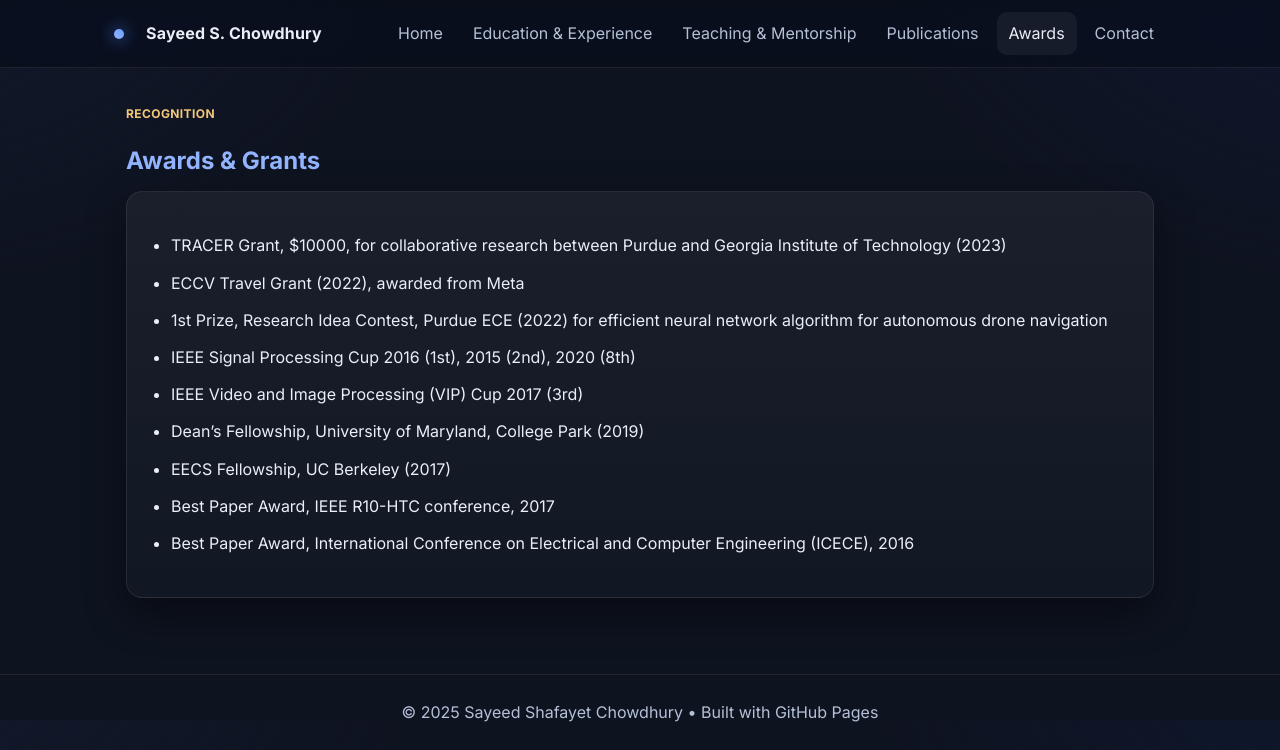
Repository: SayeedChowdhury/SayeedChowdhury.github.io
Page: awards.html
The author's editor kept a copy of each file at every save. The page is drawn from the files as they stood at one save, then again after the next save.
The browser window is 1280 px wide. The pictures show the whole page.

Above is the page before, as saved 2025-08-11 11:56:57.

### awards.html
<!doctype html>
<html lang="en">
<head>
  <meta charset="utf-8">
  <meta name="viewport" content="width=device-width, initial-scale=1">
  <title>Awards • Sayeed S. Chowdhury</title>
  <link rel="preconnect" href="https://fonts.googleapis.com">
  <link rel="preconnect" href="https://fonts.gstatic.com" crossorigin>
  <link href="https://fonts.googleapis.com/css2?family=Inter:wght@400;600;700&display=swap" rel="stylesheet">
  <link rel="stylesheet" href="assets/style.css">
</head>
<body>
<div class="nav">
  <div class="inner container">
    <div class="brand"><span class="dot"></span> <a href="index.html" style="text-decoration:none;color:inherit;">Sayeed S. Chowdhury</a></div>
    <div style="margin-left:auto; display:flex; gap:6px; flex-wrap:wrap">
      <a href="index.html" class="">Home</a>
      <a href="edu-exp.html" class="">Education & Experience</a>
      <a href="teaching.html" class="">Teaching & Mentorship</a>
      <!-- <a href="research.html" class="">Research</a> -->
      <a href="publications.html" class="">Publications</a>
      <a href="awards.html" class="active">Awards</a>
      <a href="contact.html" class="">Contact</a>
    </div>
  </div>
</div>
<div class="container">

<section class="section">
  <div class="kicker">Recognition</div>
  <h2>Awards & Grants</h2>
  <div class="card">
    <ul class="list">
      <li>TRACER Grant, $10000, for collaborative research between Purdue and Georgia Institute of Technology (2023)</li>
      <li>ECCV Travel Grant (2022), awarded from Meta</li>
      <li>1st Prize, Research Idea Contest, Purdue ECE (2022) for efficient neural network algorithm for autonomous drone navigation</li>
      <li>IEEE Signal Processing Cup 2016 (1st), 2015 (2nd), 2020 (8th)</li>
      <li>IEEE Video and Image Processing (VIP) Cup 2017 (3rd)</li>
      <li>Dean’s Fellowship, University of Maryland, College Park (2019)</li>
      <li>EECS Fellowship, UC Berkeley (2017)</li>
      <li>Best Paper Award, IEEE R10-HTC conference, 2017</li>
      <li>Best Paper Award, International Conference on Electrical and Computer Engineering (ICECE), 2016</li>
    </ul>
  </div>
</section>

</div>
<div class="footer">© 2025 Sayeed Shafayet Chowdhury • Built with GitHub Pages</div>
</body>
</html>

### assets/style.css

:root{
  --bg:#0e1320;
  --bg-grad1:#121a2d;
  --panel:#151b2e;
  --panel-2:#101626;
  --ink:#e9eef7;
  --muted:#b4c0d6;
  --navy:#92b4ff;
  --gold:#f3c77a;
  --border:rgba(255,255,255,.08);
  --shadow:0 16px 40px rgba(0,0,0,.45);
  --radius:16px;
}

*{box-sizing:border-box}
html,body{height:100%}
body{
  margin:0;
  color:var(--ink);
  background:
    radial-gradient(900px 600px at -10% -10%, var(--bg-grad1) 0%, transparent 60%),
    radial-gradient(900px 600px at 110% -10%, #0f1830 0%, transparent 60%),
    var(--bg);
  font:16px/1.7 "Inter", system-ui, -apple-system, Segoe UI, Roboto, Helvetica, Arial;
  -webkit-font-smoothing:antialiased;
}

.container{max-width:1100px;margin:0 auto;padding:24px}

.nav{
  position:sticky; top:0; z-index:10;
  background:rgba(9,13,24,.7);
  backdrop-filter:saturate(170%) blur(10px);
  border-bottom:1px solid var(--border);
}
.nav .inner{display:flex; align-items:center; gap:16px; padding:12px 24px;}
.nav .brand{display:flex; align-items:center; gap:10px; font-weight:700; letter-spacing:.2px; color:var(--ink)}
.nav .brand .dot{width:10px;height:10px;border-radius:50%;background:linear-gradient(45deg,var(--navy),#6aa0ff); box-shadow:0 0 16px #4e79ff}
.nav a{color:var(--muted); text-decoration:none; padding:8px 12px; border-radius:10px}
.nav a.active, .nav a:hover{color:var(--ink); background:rgba(255,255,255,.06)}

.hero{
  display:grid; grid-template-columns:1.1fr .9fr; gap:28px; align-items:stretch;
  padding:48px 24px 12px;
}
.card{
  background:linear-gradient(180deg, rgba(255,255,255,.05), rgba(255,255,255,.02));
  border:1px solid var(--border);
  border-radius:var(--radius);
  box-shadow:var(--shadow);
  padding:24px;
}
h1{font-size:32px; margin:0 0 4px}
h2{font-size:24px;margin:16px 0 10px;color:var(--navy)}
h3{font-size:18px;margin:0 0 6px}
.lead{color:var(--muted); font-size:16px}
.badges{display:flex; flex-wrap:wrap; gap:10px; margin-top:14px}
.badge{background:rgba(146,180,255,.14); border:1px solid rgba(146,180,255,.4); color:#d9e4ff; padding:6px 10px; border-radius:999px; font-size:13px}

.row{display:flex; gap:18px; flex-wrap:wrap; align-items:center}
.cta{display:flex; gap:12px; flex-wrap:wrap; margin-top:12px}
.button{display:inline-flex;align-items:center;gap:10px;padding:12px 16px;border-radius:12px;border:1px solid var(--border);background:rgba(146,180,255,.16);color:var(--ink);text-decoration:none;font-weight:600}
.button.secondary{background:rgba(255,255,255,.04)}

.headshot{width:160px;height:160px;border-radius:50%;object-fit:cover;border:3px solid rgba(255,255,255,.08);box-shadow:var(--shadow)}

.section{padding:12px}
.kicker{color:var(--gold);font-weight:700;letter-spacing:.4px;text-transform:uppercase;font-size:12px}

.list{padding-left:20px}
.list li{margin:10px 0}

.footer{border-top:1px solid var(--border); color:var(--muted); padding:24px; text-align:center; margin-top:40px}

@media (max-width: 900px){
  .hero{grid-template-columns:1fr}
}

@media print{
  .nav,.footer,.cta{display:none}
  body{background:white;color:#111}
  .card{box-shadow:none}
}

/* General link style */
a {
  color: #f5c542; /* light gold color */
  text-decoration: none; /* optional: remove underline */
}

/* Hover effect */
a:hover {
  color: #ffdb70; /* slightly brighter gold */
  text-decoration: underline; /* optional: underline on hover */
}

/* Visited links (to avoid purple) */
a:visited {
  color: #f5c542;
}

After the next save:
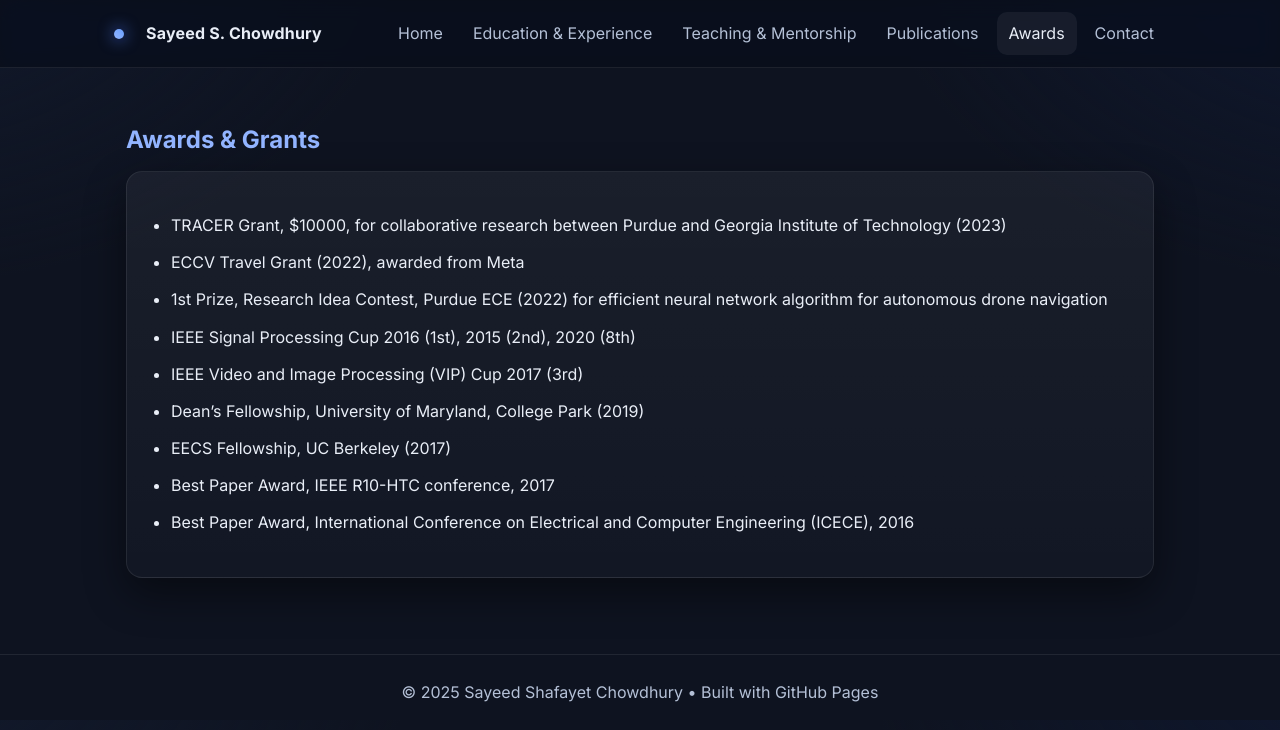
Saved 5 min 56 s later.
--- a/awards.html
+++ b/awards.html
@@ -27,7 +27,7 @@
 <div class="container">
 
 <section class="section">
-  <div class="kicker">Recognition</div>
+  <!-- <div class="kicker">Recognition</div> -->
   <h2>Awards & Grants</h2>
   <div class="card">
     <ul class="list">
